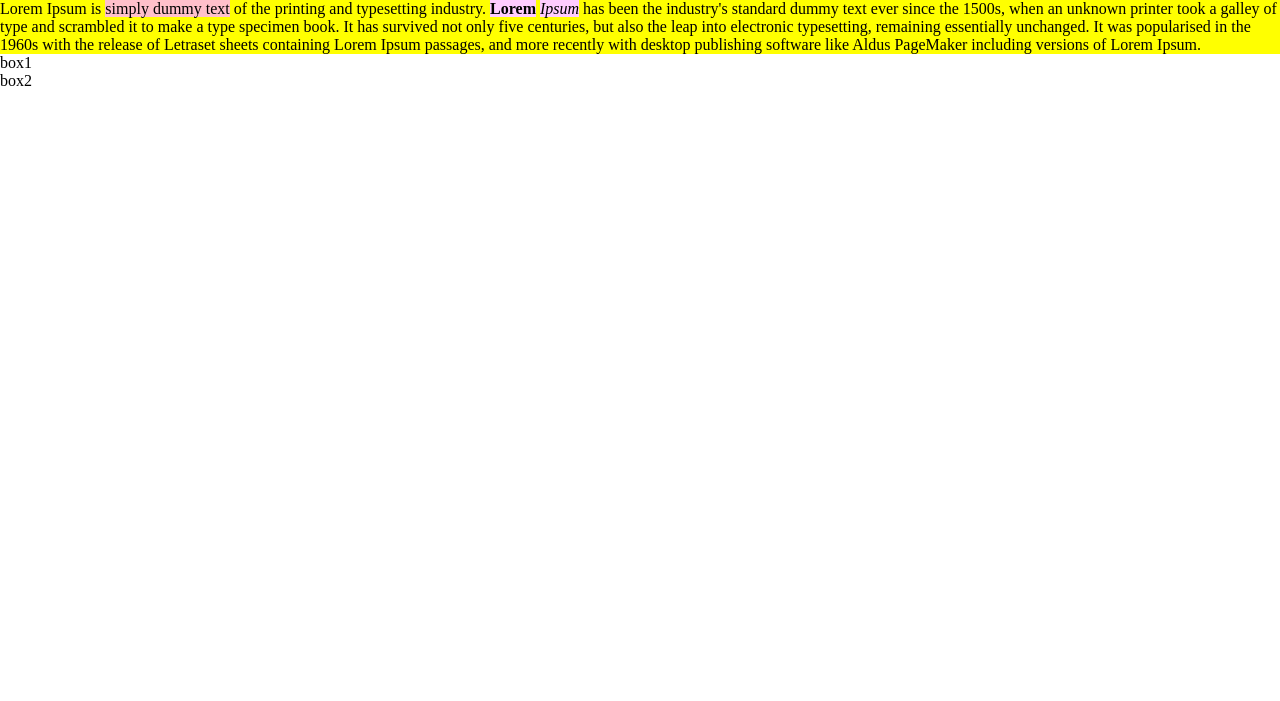
Repository: gwonjunsu95/html5
Page: html5/WebContent/day0401.html
The author's editor kept a copy of each file at every save. The page is drawn from the files as they stood at one save, then again after the next save.
The browser window is 1280 px wide. The pictures show the whole page.

Above is the page before, as saved 2020-04-21 05:02:59.

### html5/WebContent/day0401.html
<!DOCTYPE html>
<html>
<head>
	<meta charset="UTF-8">
	<title>DISPLAY 속성</title>
	<style>
		*{
			margin: 0;
			padding: 0;
			text-decoration: none;
			list-style: none;
		}

		p {
			display: block;
			background: yellow;
		}

		span {
			display: inline;
			background: pink;
		}

		strong, em {
			background: #ffccff;
		}

		body > div > div {
			width: 300px;
			height: 300px;
			border: 2px solid red;
		}
	</style>
</head>
<body>
	<p>
		Lorem Ipsum is <span>simply dummy text</span> of the printing and
		typesetting industry. <strong>Lorem</strong> <em>Ipsum</em> has been the industry's standard
		dummy text ever since the 1500s, when an unknown printer took a galley
		of type and scrambled it to make a type specimen book. It has survived
		not only five centuries, but also the leap into electronic typesetting,
		remaining essentially unchanged. It was popularised in the 1960s with
		the release of Letraset sheets containing Lorem Ipsum passages, and
		more recently with desktop publishing software like Aldus PageMaker
		including versions of Lorem Ipsum.
	</p>
	<div id = "box1">box1</div>
	<div id = "box2">box2</div>

</body>
</html>

After the next save:
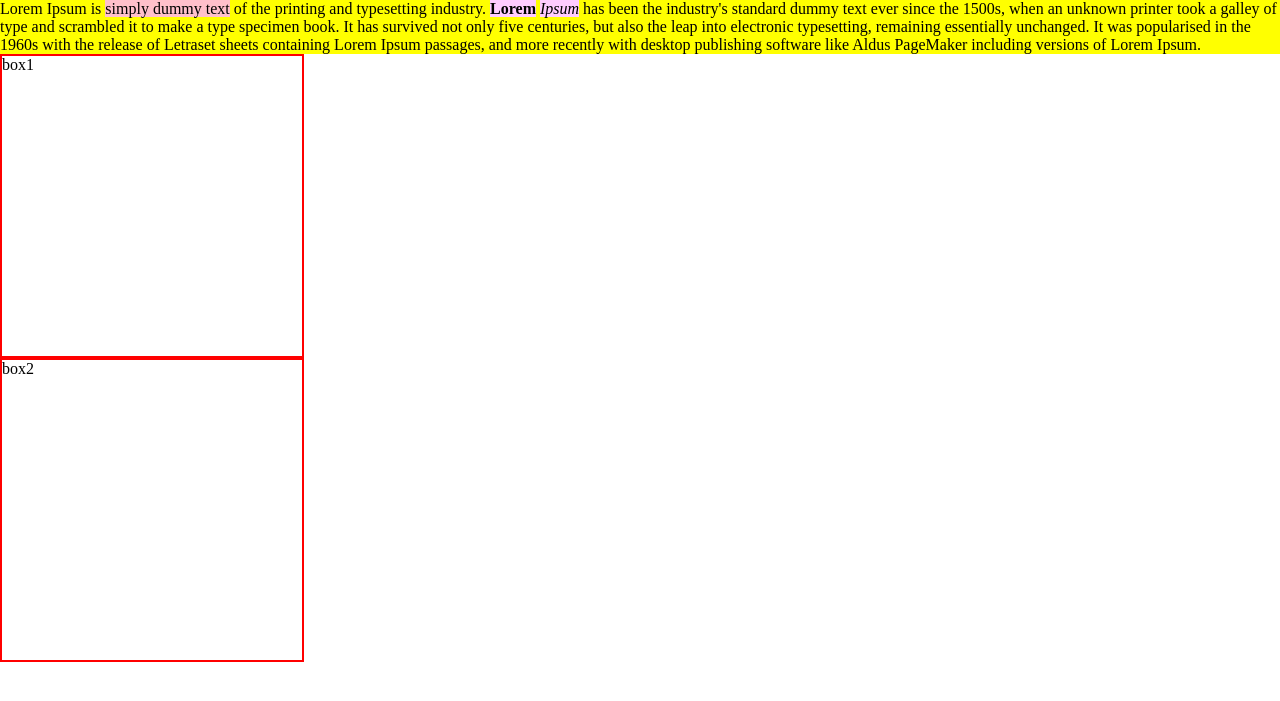
Saved 23 s later.
--- a/html5/WebContent/day0401.html
+++ b/html5/WebContent/day0401.html
@@ -44,8 +44,9 @@
 		more recently with desktop publishing software like Aldus PageMaker
 		including versions of Lorem Ipsum.
 	</p>
-	<div id = "box1">box1</div>
-	<div id = "box2">box2</div>
-
+	<div>
+		<div id = "box1">box1</div>
+		<div id = "box2">box2</div>
+	</div>
 </body>
 </html>
